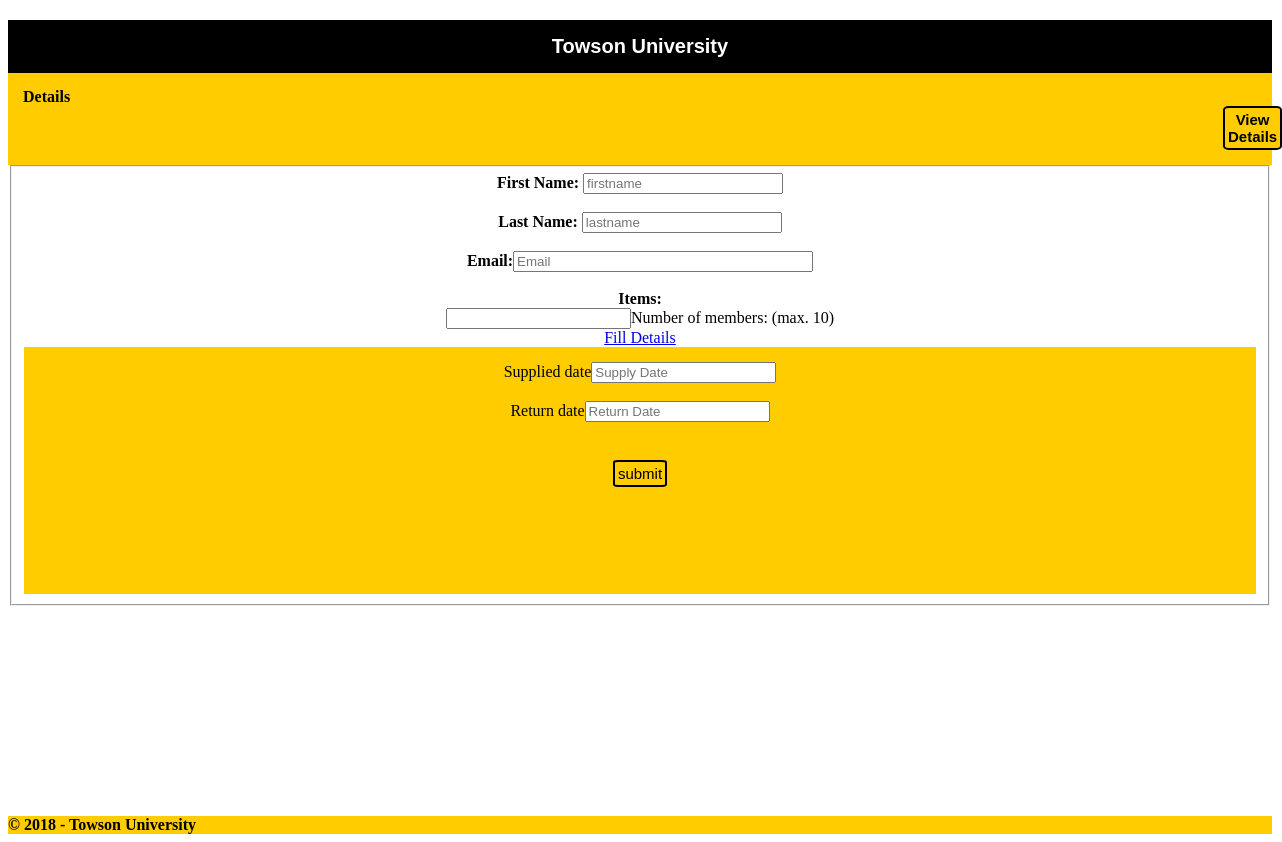
Repository: DatabaseCOSC578/eclipse-workspace11
Page: http://localhost/Supervisor/Supervisor.jsp
An editor plug-in stored every save of this project. The page is shown before and after the next save, followed by the edit.
The browser window is 1280 px wide. The page is 1282 px wide, so the pictures cover 1282 px, including what lies to the right of the window. The pictures show the whole page.
The page is served by Tomcat 9. Other server files are loaded and not shown.

Above is the page before, as saved 2018-04-15 22:55:21.

### Supervisor/WebContent/Supervisor.jsp
<html>
<head>
    <link href="css/layout1.css" rel="stylesheet">
    <head>
    <script type='text/javascript'>
        function addFields(){
            // Number of inputs to create
            var number = document.getElementById("member").value;
            // Container <div> where dynamic content will be placed
            var container = document.getElementById("container");
            // Clear previous contents of the container
            while (container.hasChildNodes()) {
                container.removeChild(container.lastChild);
            }
            for (i=0;i<number;i++){
                // Append a node with a random text
                container.appendChild(document.createTextNode("Member " + (i+1)));
                // Create an <input> element, set its type and name attributes
                var input = document.createElement("input");
                input.type = "text";
                input.name = "member" + i;
                container.appendChild(input);
                // Append a line break
                container.appendChild(document.createElement("br"));
            }
        }
    </script>
</head>
</head>
<body>
<header><center>Towson University</center></header>
<form name="inputdetails" action="store" method="post" id="form1">
<div><b>Details</b>


<button id ="b1" type="submit" formaction="Supervisorshow.jsp">View Details</button>


</div>
<fieldset>
<center>
<b>First Name:</b> <input type=text style="width: 200px;" name="fname " placeholder="firstname"><br><br>
<b>Last Name:</b> <input type=text style="width: 200px;" name="lname " placeholder="lastname"><br><br>
<b>Email:</b><input type=text style="width: 300px; align:center;" name="email" placeholder="Email "><br><br>
<b>Items:</b></br>
 <input type="text" id="member" name="member" value="">Number of members: (max. 10)<br />
    <a href="#" id="filldetails" onclick="addFields()">Fill Details</a>
    <div id="container"/>
Supplied date<input type=text name="sdate" placeholder="Supply Date" ><br><br>
Return date<input type=text name="rdate" placeholder="Return Date" ><br><br>
<input type=submit value=submit> <br><br><br><br><br>
</center></fieldset>
</form>
</body>
<footer> &copy 2018 - Towson University</footer>
</html>

### Supervisor/WebContent/css/layout1.css
header {
	position: relative;
	color: #FFFFFF;
	font-family: sans-serif;
	font-size: 20px;
	text-align:left;
	background-color: #000000;
	margin: 20;
	margin-left:0;
	margin-bottom:0;
	margin-right:0;

	padding: 15;
	font-weight:700;
}

div {
	background-color: #fc0;
	margin: 0;
	margin-top:0;
	padding: 15;
}

#fs {
	margin-top: 5;
	border: solid;
}

footer {
	font-weight: 800;
	text-color: solid #000000;
	background-color: #fc0;
	margin-top: 210;
}
textarea{
	resize:none;
	border-radius:5%;
}
input[type="submit"] {
	align:center;
	margin: 20px;
	background-color: #fc0;
	padding: 3;
	text-align:center;
	text-weight: 700;
	border: solid 2px;
	font-size: 15;
	border-radius: 9%;
}
input[type="submit"]:hover {
	cursor:pointer;
}

#abc{
align:center;
margin-left:800;
}

#b1 {
		align:center;
	margin-left: 1200;
	background-color: #fc0;
	padding: 3;
	text-align:center;
	text-weight: 700;
	border: solid 2px;
	font-size: 15;
	font-weight:700;
	border-radius: 9%;
}

#b1:hover {
	cursor:pointer;
}

After the next save:
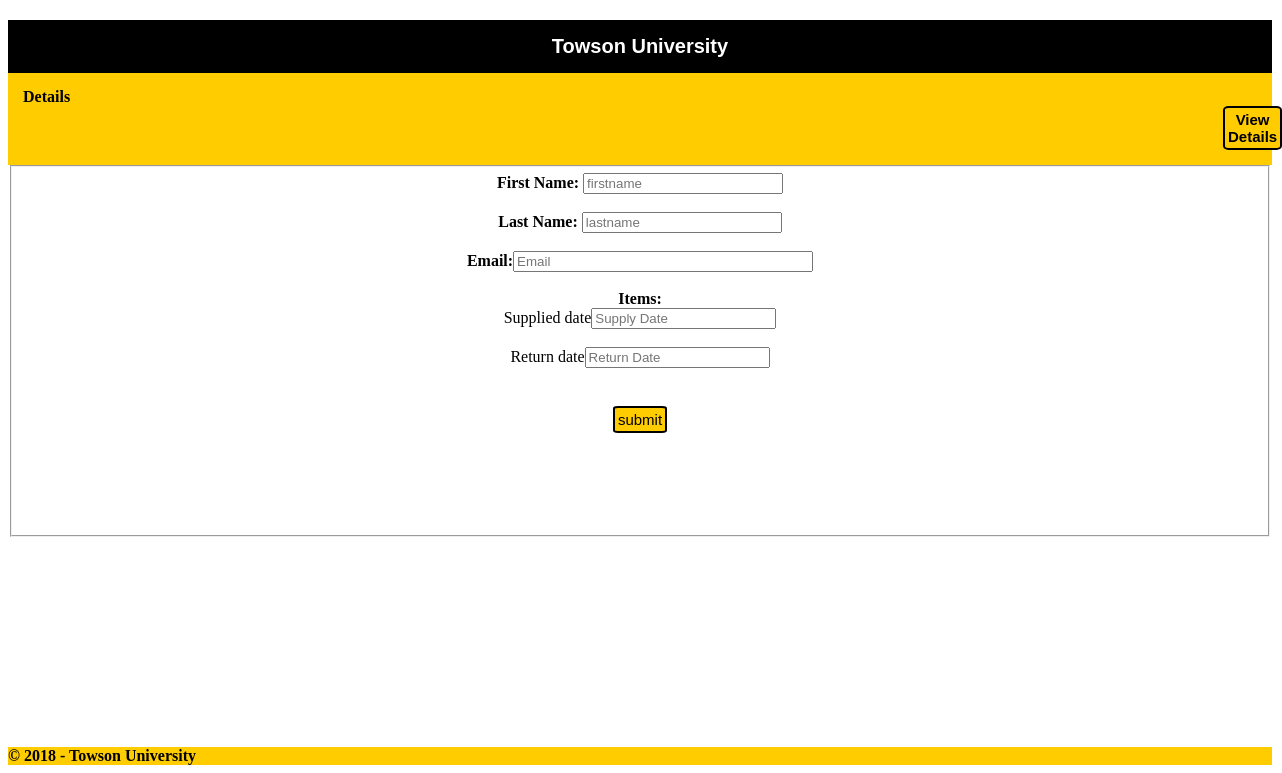
Saved 52 s later.
--- a/Supervisor/WebContent/Supervisor.jsp
+++ b/Supervisor/WebContent/Supervisor.jsp
@@ -43,9 +43,7 @@
 <b>Last Name:</b> <input type=text style="width: 200px;" name="lname " placeholder="lastname"><br><br>
 <b>Email:</b><input type=text style="width: 300px; align:center;" name="email" placeholder="Email "><br><br>
 <b>Items:</b></br>
- <input type="text" id="member" name="member" value="">Number of members: (max. 10)<br />
-    <a href="#" id="filldetails" onclick="addFields()">Fill Details</a>
-    <div id="container"/>
+
 Supplied date<input type=text name="sdate" placeholder="Supply Date" ><br><br>
 Return date<input type=text name="rdate" placeholder="Return Date" ><br><br>
 <input type=submit value=submit> <br><br><br><br><br>
